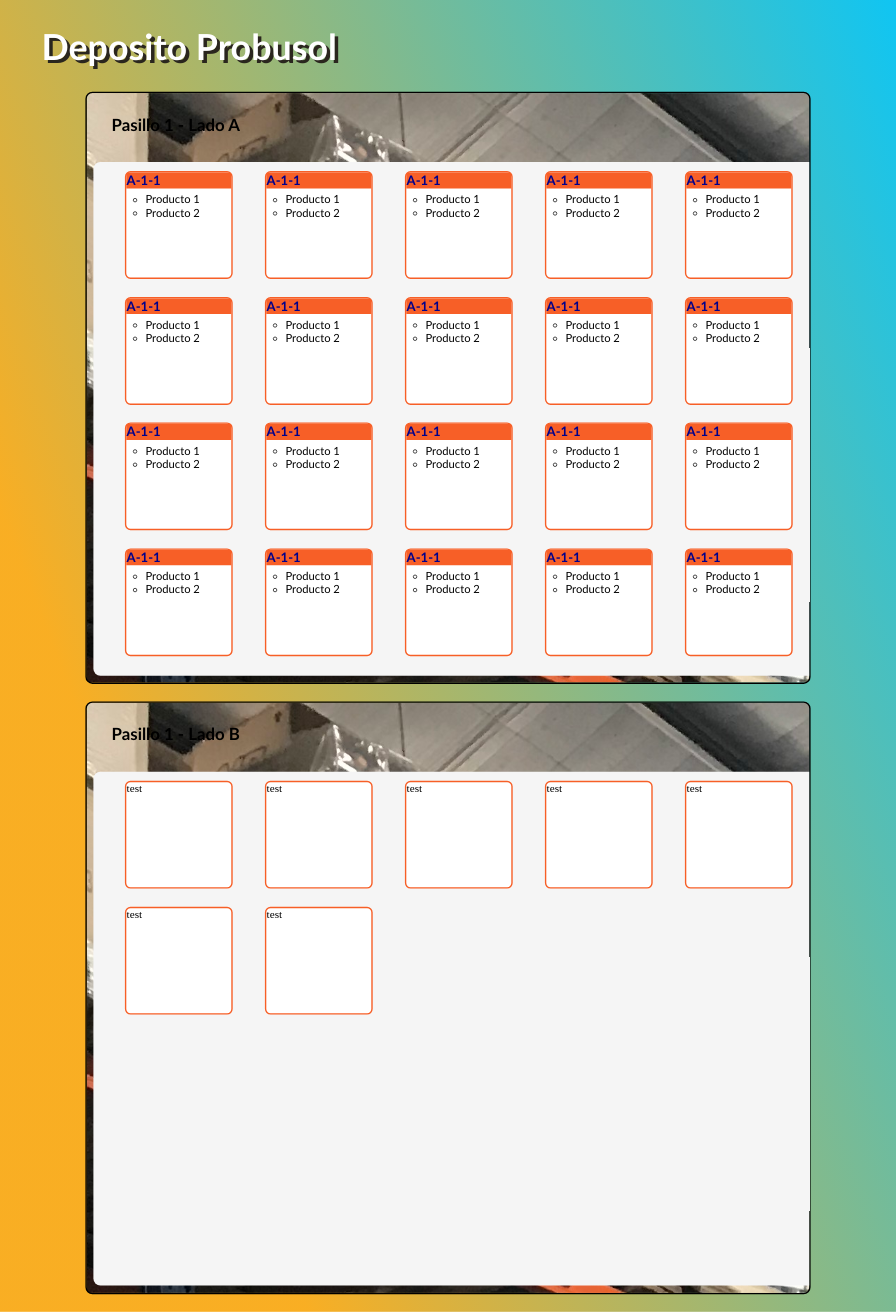
Repository: Franzcod/DepoStock_Web
Page: index.html
These files come from the project's save history. The page is drawn as it stood at one moment and after the next save; the edit follows.
The browser window is 1280 px wide. The pictures show the whole page, at 70% of full size.

Above is the page before, as saved 2020-06-07 22:53:20.
Console error: ReferenceError: ur is not defined

### index.html
<!DOCTYPE html>
<html lang="en">
<head>
    <meta charset="UTF-8">
    <meta name="viewport" content="width=device-width, initial-scale=1.0">
    <title>Deposito Probusol</title>

    <link rel="stylesheet" href="estilo/estilo.css">
</head>
<body>

    <div class="titulo">
        <h1>Deposito Probusol</h1>
    </div>


    <div class="app">
        <h2>Pasillo 1 - Lado A</h2>

        <ul class="hs">

            <li class="item">

                <h3 class="pos">A-1-1</h3>
                <ul class="listaProduc">
                    <li class="producto"> Producto 1</li>
                    <li class="producto"> Producto 2</li>
                </ul>
            </li>

            <li class="item">

                <h3 class="pos">A-1-1</h3>
                <ul class="listaProduc">
                    <li class="producto"> Producto 1</li>
                    <li class="producto"> Producto 2</li>
                </ul>
            </li>
            <li class="item">

                <h3 class="pos">A-1-1</h3>
                <ul class="listaProduc">
                    <li class="producto"> Producto 1</li>
                    <li class="producto"> Producto 2</li>
                </ul>
            </li>
            <li class="item">

                <h3 class="pos">A-1-1</h3>
                <ul class="listaProduc">
                    <li class="producto"> Producto 1</li>
                    <li class="producto"> Producto 2</li>
                </ul>
            </li>
            <li class="item">

                <h3 class="pos">A-1-1</h3>
                <ul class="listaProduc">
                    <li class="producto"> Producto 1</li>
                    <li class="producto"> Producto 2</li>
                </ul>
            </li>
            <li class="item">

                <h3 class="pos">A-1-1</h3>
                <ul class="listaProduc">
                    <li class="producto"> Producto 1</li>
                    <li class="producto"> Producto 2</li>
                </ul>
            </li>
            <li class="item">

                <h3 class="pos">A-1-1</h3>
                <ul class="listaProduc">
                    <li class="producto"> Producto 1</li>
                    <li class="producto"> Producto 2</li>
                </ul>
            </li>
            <li class="item">

                <h3 class="pos">A-1-1</h3>
                <ul class="listaProduc">
                    <li class="producto"> Producto 1</li>
                    <li class="producto"> Producto 2</li>
                </ul>
            </li>
            <li class="item">

                <h3 class="pos">A-1-1</h3>
                <ul class="listaProduc">
                    <li class="producto"> Producto 1</li>
                    <li class="producto"> Producto 2</li>
                </ul>
            </li>
            <li class="item">

                <h3 class="pos">A-1-1</h3>
                <ul class="listaProduc">
                    <li class="producto"> Producto 1</li>
                    <li class="producto"> Producto 2</li>
                </ul>
            </li>
            <li class="item">

                <h3 class="pos">A-1-1</h3>
                <ul class="listaProduc">
                    <li class="producto"> Producto 1</li>
                    <li class="producto"> Producto 2</li>
                </ul>
            </li>
            <li class="item">

                <h3 class="pos">A-1-1</h3>
                <ul class="listaProduc">
                    <li class="producto"> Producto 1</li>
                    <li class="producto"> Producto 2</li>
                </ul>
            </li>
            <li class="item">

                <h3 class="pos">A-1-1</h3>
                <ul class="listaProduc">
                    <li class="producto"> Producto 1</li>
                    <li class="producto"> Producto 2</li>
                </ul>
            </li>
            <li class="item">

                <h3 class="pos">A-1-1</h3>
                <ul class="listaProduc">
                    <li class="producto"> Producto 1</li>
                    <li class="producto"> Producto 2</li>
                </ul>
            </li>
            <li class="item">

                <h3 class="pos">A-1-1</h3>
                <ul class="listaProduc">
                    <li class="producto"> Producto 1</li>
                    <li class="producto"> Producto 2</li>
                </ul>
            </li>
            <li class="item">

                <h3 class="pos">A-1-1</h3>
                <ul class="listaProduc">
                    <li class="producto"> Producto 1</li>
                    <li class="producto"> Producto 2</li>
                </ul>
            </li>
            <li class="item">

                <h3 class="pos">A-1-1</h3>
                <ul class="listaProduc">
                    <li class="producto"> Producto 1</li>
                    <li class="producto"> Producto 2</li>
                </ul>
            </li>
            <li class="item">

                <h3 class="pos">A-1-1</h3>
                <ul class="listaProduc">
                    <li class="producto"> Producto 1</li>
                    <li class="producto"> Producto 2</li>
                </ul>
            </li>
            <li class="item">

                <h3 class="pos">A-1-1</h3>
                <ul class="listaProduc">
                    <li class="producto"> Producto 1</li>
                    <li class="producto"> Producto 2</li>
                </ul>
            </li>
            <li class="item">

                <h3 class="pos">A-1-1</h3>
                <ul class="listaProduc">
                    <li class="producto"> Producto 1</li>
                    <li class="producto"> Producto 2</li>
                </ul>
            </li>
            <li class="item">

                <h3 class="pos">A-1-1</h3>
                <ul class="listaProduc">
                    <li class="producto"> Producto 1</li>
                    <li class="producto"> Producto 2</li>
                </ul>
            </li>
            <li class="item">

                <h3 class="pos">A-1-1</h3>
                <ul class="listaProduc">
                    <li class="producto"> Producto 1</li>
                    <li class="producto"> Producto 2</li>
                </ul>
            </li>
            <li class="item">

                <h3 class="pos">A-1-1</h3>
                <ul class="listaProduc">
                    <li class="producto"> Producto 1</li>
                    <li class="producto"> Producto 2</li>
                </ul>
            </li>
            <li class="item">

                <h3 class="pos">A-1-1</h3>
                <ul class="listaProduc">
                    <li class="producto"> Producto 1</li>
                    <li class="producto"> Producto 2</li>
                </ul>
            </li>
            <li class="item">

                <h3 class="pos">A-1-1</h3>
                <ul class="listaProduc">
                    <li class="producto"> Producto 1</li>
                    <li class="producto"> Producto 2</li>
                </ul>
            </li>
            <li class="item">

                <h3 class="pos">A-1-1</h3>
                <ul class="listaProduc">
                    <li class="producto"> Producto 1</li>
                    <li class="producto"> Producto 2</li>
                </ul>
            </li>
            <li class="item">

                <h3 class="pos">A-1-1</h3>
                <ul class="listaProduc">
                    <li class="producto"> Producto 1</li>
                    <li class="producto"> Producto 2</li>
                </ul>
            </li>
            <li class="item">

                <h3 class="pos">A-1-1</h3>
                <ul class="listaProduc">
                    <li class="producto"> Producto 1</li>
                    <li class="producto"> Producto 2</li>
                </ul>
            </li>
            <li class="item">

                <h3 class="pos">A-1-1</h3>
                <ul class="listaProduc">
                    <li class="producto"> Producto 1</li>
                    <li class="producto"> Producto 2</li>
                </ul>
            </li>
            <li class="item">

                <h3 class="pos">A-1-1</h3>
                <ul class="listaProduc">
                    <li class="producto"> Producto 1</li>
                    <li class="producto"> Producto 2</li>
                </ul>
            </li>
            <li class="item">

                <h3 class="pos">A-1-1</h3>
                <ul class="listaProduc">
                    <li class="producto"> Producto 1</li>
                    <li class="producto"> Producto 2</li>
                </ul>
            </li>
            <li class="item">

                <h3 class="pos">A-1-1</h3>
                <ul class="listaProduc">
                    <li class="producto"> Producto 1</li>
                    <li class="producto"> Producto 2</li>
                </ul>
            </li>
            <li class="item">

                <h3 class="pos">A-1-1</h3>
                <ul class="listaProduc">
                    <li class="producto"> Producto 1</li>
                    <li class="producto"> Producto 2</li>
                </ul>
            </li>
            <li class="item">

                <h3 class="pos">A-1-1</h3>
                <ul class="listaProduc">
                    <li class="producto"> Producto 1</li>
                    <li class="producto"> Producto 2</li>
                </ul>
            </li>
            <li class="item">

                <h3 class="pos">A-1-1</h3>
                <ul class="listaProduc">
                    <li class="producto"> Producto 1</li>
                    <li class="producto"> Producto 2</li>
                </ul>
            </li>
            <li class="item">

                <h3 class="pos">A-1-1</h3>
                <ul class="listaProduc">
                    <li class="producto"> Producto 1</li>
                </ul>
            </li>
            <li class="item">

                <h3 class="pos">A-1-1</h3>
                <ul class="listaProduc">
                    <li class="producto"> Producto 1</li>
                    <li class="producto"> Producto 2</li>
                </ul>
            </li>
            <li class="item">

                <h3 class="pos">A-1-1</h3>
                <ul class="listaProduc">
                    <li class="producto"> Producto 1</li>
                    <li class="producto"> Producto 2</li>
                </ul>
            </li>
            <li class="item">

                <h3 class="pos">A-1-1</h3>
                <ul class="listaProduc">
                    <li class="producto"> Producto 1</li>
                    <li class="producto"> Producto 2</li>
                </ul>
            </li>
            <li class="item">

                <h3 class="pos">A-1-1</h3>
                <ul class="listaProduc">
                    <li class="producto"> Producto 1</li>
                    <li class="producto"> Producto 2</li>
                </ul>
            </li>



        </ul>

        <!-- <div class="container">
            <div class="item">
            <h3>Block for context</h3>
            </div>
        </div> -->
    </div>

    <div class="app">
        <h2>Pasillo 1 - Lado B</h2>

        <ul class="hs">
            <li class="item">test</li>
            <li class="item">test</li>
            <li class="item">test</li>
            <li class="item">test</li>
            <li class="item">test</li>
            <li class="item">test</li>
            <li class="item">test</li>
            <li class="item">test</li>
            <li class="item">test</li>
            <li class="item">test</li>
            <li class="item">test</li>
            <li class="item">test</li>

        </ul>

        <!-- <div class="container">
            <div class="item">
            <h3>Block for context</h3>
            </div>
        </div> -->
    </div>






    <script>ur</script>

</body>







</html>

### estilo/estilo.css
html{
    background: rgb(11,196,242);
    background: linear-gradient(249deg, rgba(11,196,242,0.981127485173757) 0%, rgba(248,163,5,0.8774860285911239) 78%);
}

.titulo{
    margin: 2vw 4vw;
    align-items: flex-start;
    color: #fff;
    font-size: 2vw;
    font-family: 'Gill Sans', 'Gill Sans MT', Calibri, 'Trebuchet MS', sans-serif;
    text-shadow: 5px 5px rgb(42, 38, 30);

}


:root {
--gutter: 20px;
}

.app {
    padding: 10px;
    display: grid;
    grid-gap: var(--gutter) 0;
    border: 2px solid black;
    /* grid-template-columns: var(--gutter) 1fr var(--gutter);  */
    align-content: start;
    width: 80%;
    height: 75%;
    background-image: url("/img/dep.jpg");
    /* background: rgb(235, 192, 75); */
    /* overflow-y: scroll; */
    margin: 2vw auto;
    overflow-x: auto;
    border-radius: 10px;
}


.hs {
    display: grid;
    grid-template-columns: repeat(10, 1fr);
    grid-template-rows: repeat(4, 1fr);
    overflow-x: auto;
    /* scroll-snap-type: x proximity; */
    padding-bottom: calc(.75 * var(--gutter));
    background-color:whitesmoke;
    width: 2000px;
    align-items: center;
    margin: auto;
    border-radius: 10px;
}

h2{
    margin-left: 2vw;
    font-family: 'Gill Sans', 'Gill Sans MT', Calibri, 'Trebuchet MS', sans-serif;
}

.item {
    /* scroll-snap-align: center; */
    /* padding: 2px;  */
    display: flex;
    flex-direction: column;
    justify-content: start;
    align-items: flex-start;
    background: #fff;
    border: 2px solid rgb(247, 95, 39);
    border-radius: 8px;
    height: 150px;
    width: 150px;
    margin: 1vw 5px;
}


.pos{
    width: 100%;
    height: 15%;
    border-radius: 4px 4px 0 0 ;
    margin: 0px auto;
    align-items: center;
    color: darkblue;
    background-color: rgb(247, 95, 39);
    font-family: 'Gill Sans', 'Gill Sans MT', Calibri, 'Trebuchet MS', sans-serif;

}


.listaProduc{
    margin-top: 5px;
    margin-left: 2px;
    padding-left: 25px;
    font-family: 'Gill Sans', 'Gill Sans MT', Calibri, 'Trebuchet MS', sans-serif;

}

After the next save:
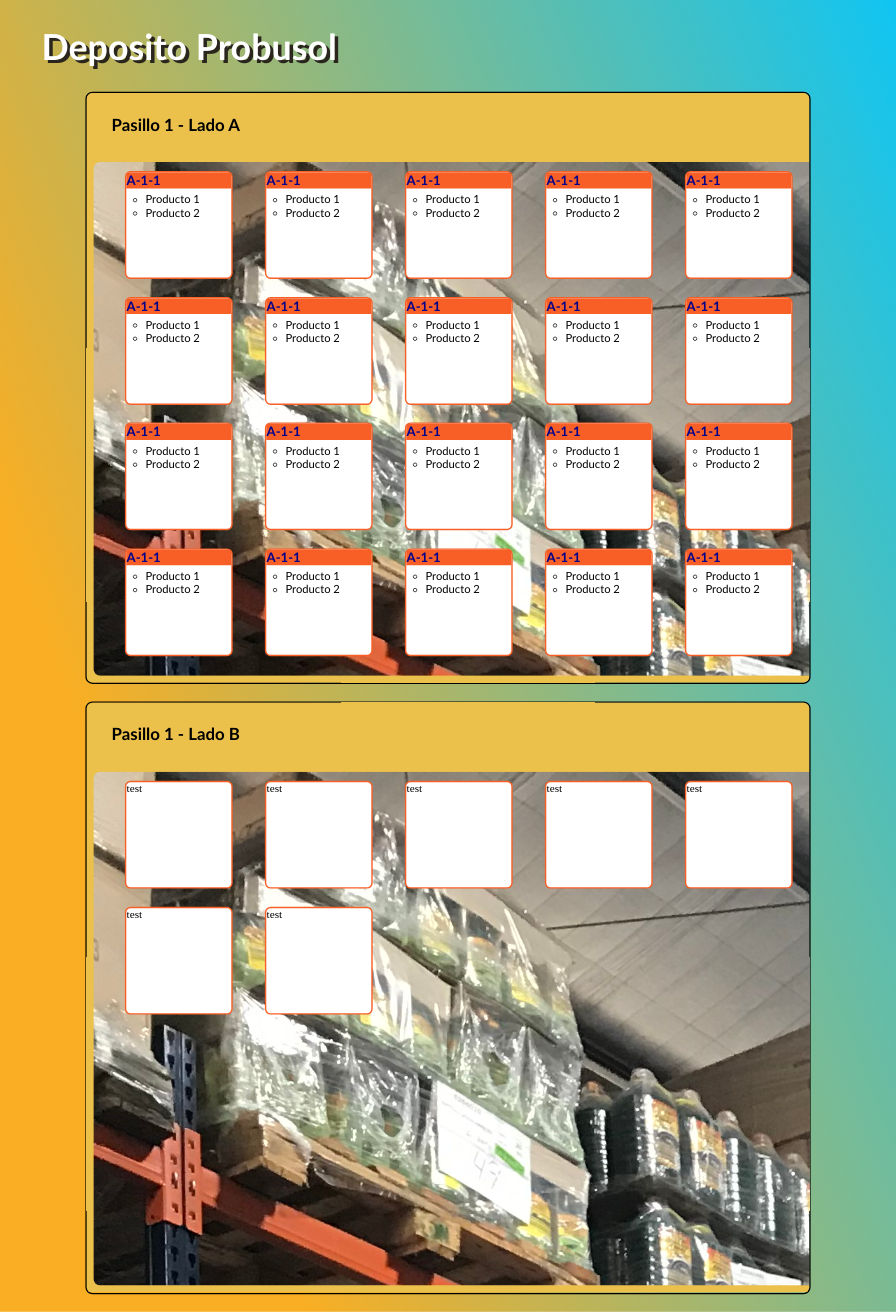
Saved 57 s later.
--- a/estilo/estilo.css
+++ b/estilo/estilo.css
@@ -27,8 +27,8 @@ html{
     align-content: start;
     width: 80%;
     height: 75%;
-    background-image: url("/img/dep.jpg");
-    /* background: rgb(235, 192, 75); */
+
+    background: rgb(235, 192, 75);
     /* overflow-y: scroll; */
     margin: 2vw auto;
     overflow-x: auto;
@@ -48,6 +48,7 @@ html{
     align-items: center;
     margin: auto;
     border-radius: 10px;
+    background-image: url("/img/dep.jpg");
 }
 
 h2{
